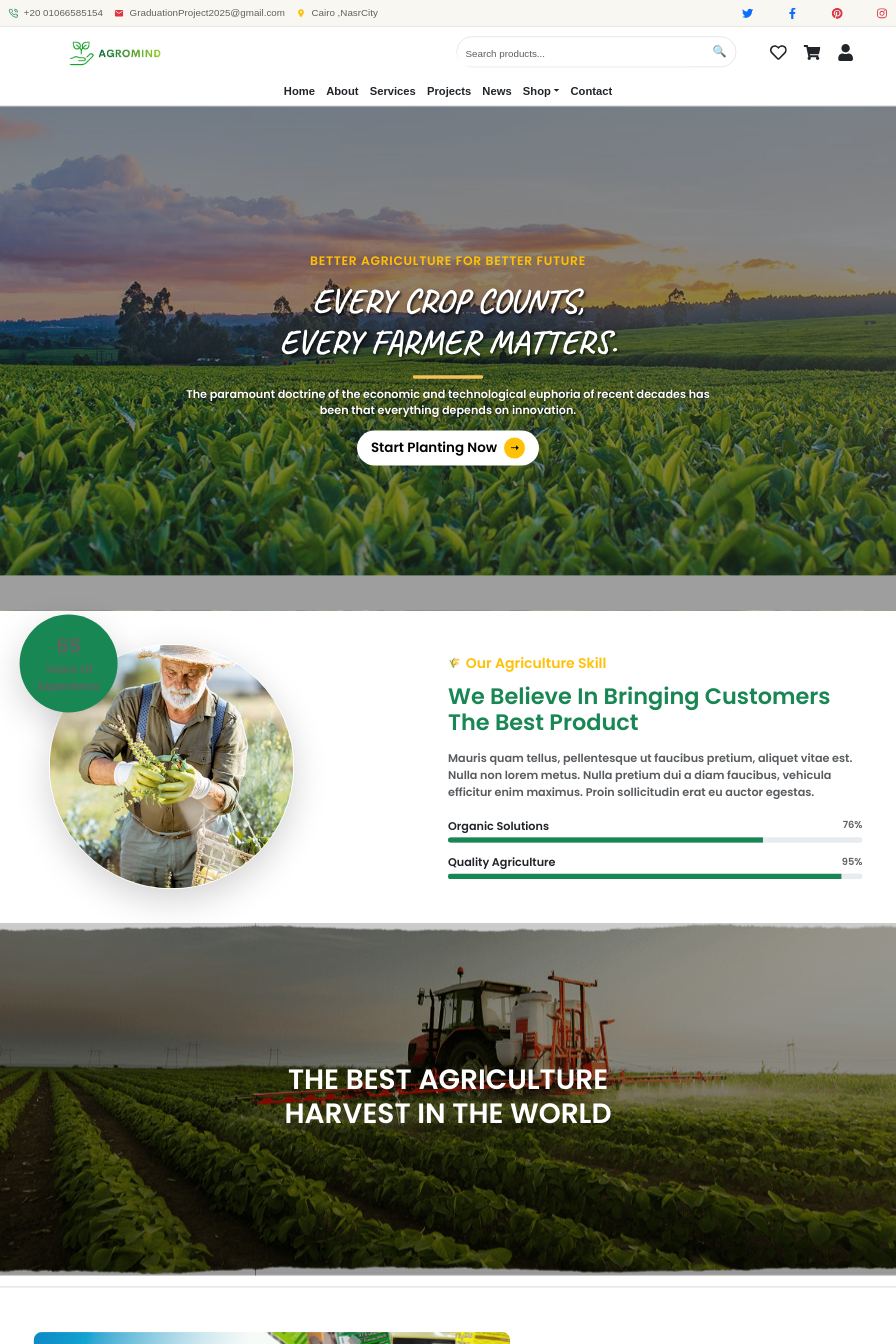
Repository: ShimaaMohamedRoshdi/WorkSpace-agromind
Page: / (app in agricultural-management-system-vs/agricultural-management-system-main/)
An editor plug-in stored every save of this project. The page is shown before and after the next save, followed by the edit.
The browser window is 1280 px wide. The pictures show the part of the page from y = 0 to 1920 px (the page is 4739 px tall), at 70% of full size.
Pictures or frames that could not be fetched are drawn as grey boxes. The project was rebuilt for these pictures with package versions that can differ from the ones it lists, and the page was loaded fresh each time. Also part of the build but not shown: agricultural-management-system-vs/agricultural-management-system-main/vite.config.js, agricultural-management-system-vs/agricultural-management-system-main/services/api.jsx, agricultural-management-system-vs/agricultural-management-system-main/src/pages/SignUp.jsx, agricultural-management-system-vs/agricultural-management-system-main/src/pages/SignIn.jsx, agricultural-management-system-vs/agricultural-management-system-main/src/components/ProductCard.jsx, agricultural-management-system-vs/agricultural-management-system-main/src/components/Products.jsx, agricultural-management-system-vs/agricultural-management-system-main/src/pages/About.jsx, agricultural-management-system-vs/agricultural-management-system-main/src/pages/Market.jsx and 29 more.

Above is the page before, as saved 2025-05-06 13:49:03.

After the next save:
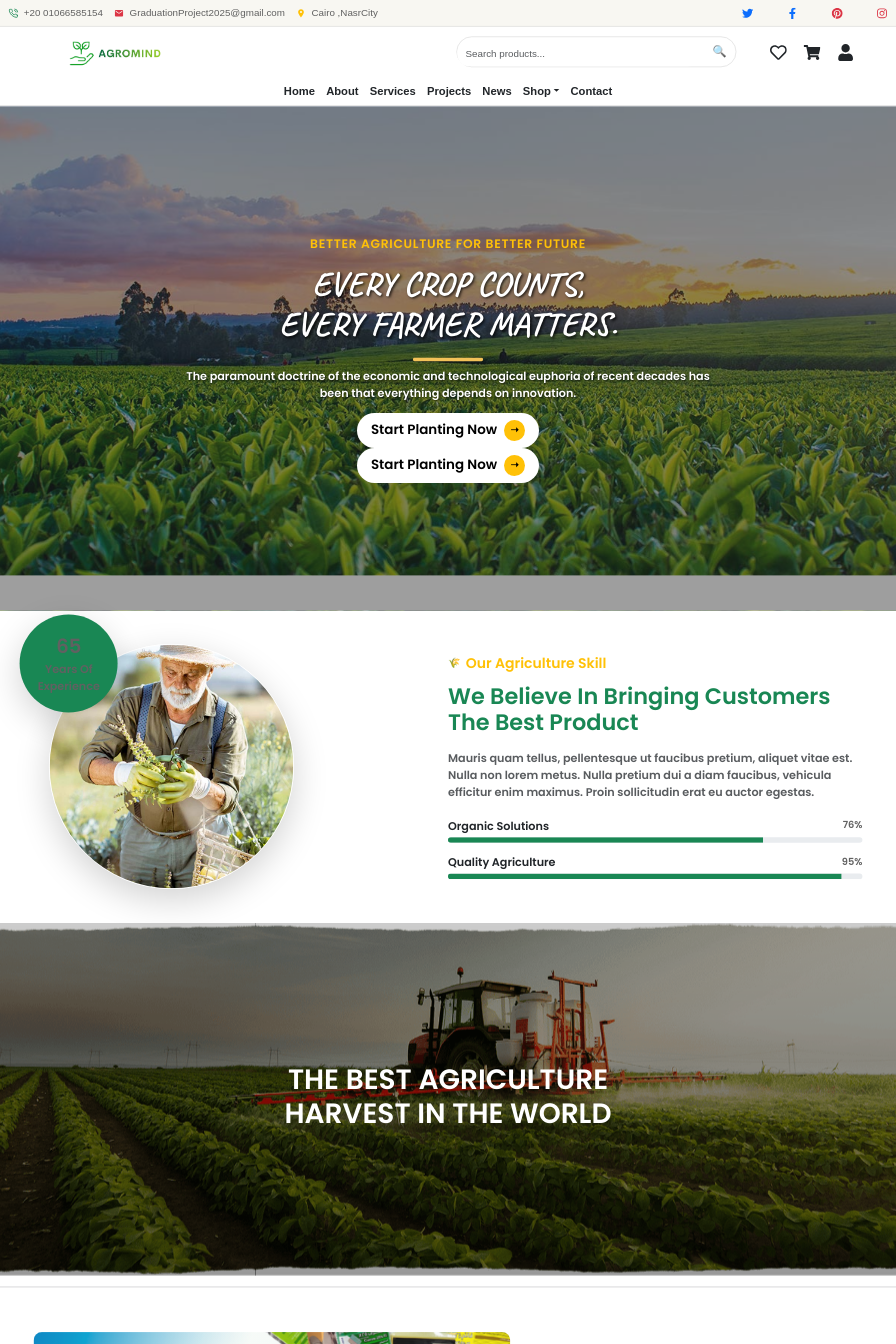
Saved 3 days later.
--- a/agricultural-management-system-vs/agricultural-management-system-main/src/pages/Home.jsx
+++ b/agricultural-management-system-vs/agricultural-management-system-main/src/pages/Home.jsx
@@ -45,6 +45,10 @@ function Home() {
           <button className="hero-button" onClick={handleClick}>
             Start Planting Now <span className="arrow">➝</span>
           </button>
+
+          <button className="hero-button" onClick={handleClick}>
+            Start Planting Now <span className="arrow">➝</span>
+          </button>
         </div>
 
         {/* Yellow Grass Bottom Wave */}
